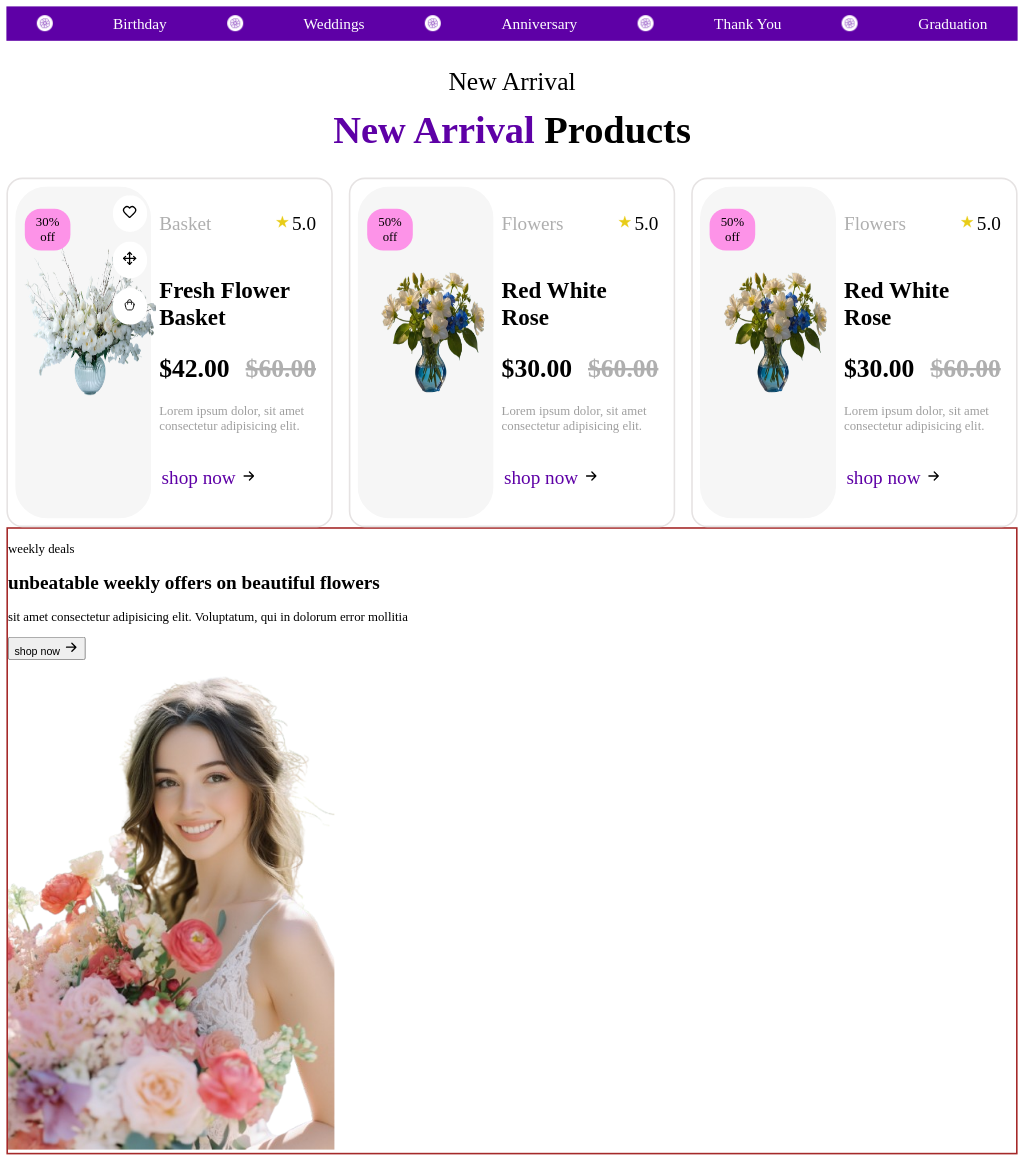
Repository: KolawoleTemilade/classroom-learning
Page: newarrival/index.html
The author's editor kept a copy of each file at every save. The page is drawn from the files as they stood at one save, then again after a run of saves.
The browser window is 1280 px wide. The pictures show the whole page, at 80% of full size.

Above is the page before, as saved 2025-10-02 11:05:53.

### newarrival/index.html
<!DOCTYPE html>
<html lang="en">
  <head>
    <meta charset="UTF-8" />
    <meta name="viewport" content="width=h, initial-scale=1.0" />
    <title>new arrival</title>
    <link rel="stylesheet" href="style.css" />
  </head>
  <body>
    <section class="new-arrival-sect">
      <div class="marq-sect">
        <div class="marque">
          <img
            src="../newarrival/images/icons/marqueflower.png"
            alt="flower-icon"
            width="20"
            height="20"
          />
          <span>birthday</span>
          <img
            src="../newarrival/images/icons/marqueflower.png"
            alt="flower-icon"
            width="20"
            height="20"
          />
          <span>weddings</span>
          <img
            src="../newarrival/images/icons/marqueflower.png"
            alt="flower-icon"
            width="20"
            height="20"
          />
          <span>anniversary</span>
          <img
            src="../newarrival/images/icons/marqueflower.png"
            alt="flower-icon"
            width="20"
            height="20"
          />
          <span>thank you</span>
          <img
            src="../newarrival/images/icons/marqueflower.png"
            alt="flower-icon"
            width="20"
            height="20"
          />
          <span>graduation</span>
        </div>
      </div>

      <div class="new-arrival">
        <div class="new-arrival-title">
          <p class="title1">
            new arrival
            <span class="title2"
              >new arrival <span class="product-title">products</span></span
            >
          </p>
        </div>
        <section class="card-sec">
          <div class="new-arrival-product-card">
            <div class="product-card">
              <div class="img-sect">
                <img
                  src="./images/new-arrival/flower4.png"
                  alt="flower1"
                  width="200"
                  height="2 ,8>00"
                />
                <div class="absolute-container">
                  <p class="slash">30% off</p>
                  <div class="icons-sec">
                    <div class="icons">
                      <img
                        src="./images/icons/heart.svg"
                        alt="heart"
                        width="20"
                        height="20"
                      />
                    </div>
                    <div class="icons">
                      <img
                        src="./images/icons/crossedarrow.svg"
                        alt="arrow"
                        width="20"
                        height="20"
                      />
                    </div>
                    <div class="icons">
                      <img
                        src="./images/icons/shoppingbag.svg"
                        alt="shoppingbag"
                        width="20"
                        height="20"
                      />
                    </div>
                  </div>
                </div>
              </div>
              <div class="text-sect">
                <div class="basket-sec">
                  <p>basket</p>
                  <div class="rating-sec">
                    <img
                      src="./images/icons/ratings.svg"
                      alt="ratings"
                      width="20"
                      height="20"
                    />
                    <span>5.0</span>
                  </div>
                </div>
                <div class="fresh-flower-sec">
                  <h3>fresh flower basket</h3>
                  <h2>$42.00 <span class="slashed"> $60.00</span></h2>
                  <p>
                    Lorem ipsum dolor, sit amet consectetur adipisicing elit.
                  </p>
                  <div class="shop-btn">
                    <p>
                      shop now
                      <span
                        ><img
                          src="./images/icons/rightarrow.svg"
                          alt="right arrow"
                          width="20"
                          height="20"
                      /></span>
                    </p>
                  </div>
                </div>
              </div>
            </div>
          </div>
          <div class="new-arrival-product-card">
            <div class="product-card">
              <div class="img-sect">
                <img
                  src="./images/new-arrival/flower6.png"
                  alt="flower6"
                  width="200"
                  height="2 ,8>00"
                />
                <div class="absolute-container">
                  <p class="slash">50% off</p>
                  <div class="icons-sec2">
                    <div class="icons">
                      <img
                        src="./images/icons/heart.svg"
                        alt="heart"
                        width="20"
                        height="20"
                      />
                    </div>
                    <div class="icons">
                      <img
                        src="./images/icons/crossedarrow.svg"
                        alt="arrow"
                        width="20"
                        height="20"
                      />
                    </div>
                    <div class="icons">
                      <img
                        src="./images/icons/shoppingbag.svg"
                        alt="shoppingbag"
                        width="20"
                        height="20"
                      />
                    </div>
                  </div>
                </div>
              </div>
              <div class="text-sect">
                <div class="basket-sec">
                  <p>flowers</p>
                  <div class="rating-sec">
                    <img
                      src="./images/icons/ratings.svg"
                      alt="ratings"
                      width="20"
                      height="20"
                    />
                    <span>5.0</span>
                  </div>
                </div>
                <div class="fresh-flower-sec">
                  <h3>red white rose</h3>
                  <h2>$30.00 <span class="slashed"> $60.00</span></h2>
                  <p>
                    Lorem ipsum dolor, sit amet consectetur adipisicing elit.
                  </p>
                  <div class="shop-btn">
                    <p>
                      shop now
                      <span
                        ><img
                          src="./images/icons/rightarrow.svg"
                          alt="right arrow"
                          width="20"
                          height="20"
                      /></span>
                    </p>
                  </div>
                </div>
              </div>
            </div>
          </div>
          <div class="new-arrival-product-card">
            <div class="product-card">
              <div class="img-sect">
                <img
                  src="./images/new-arrival/flower6.png"
                  alt="flower6"
                  width="200"
                  height="2 ,8>00"
                />
                <div class="absolute-container">
                  <p class="slash">50% off</p>
                  <div class="icons-sec2">
                    <div class="icons">
                      <img
                        src="./images/icons/heart.svg"
                        alt="heart"
                        width="20"
                        height="20"
                      />
                    </div>
                    <div class="icons">
                      <img
                        src="./images/icons/crossedarrow.svg"
                        alt="arrow"
                        width="20"
                        height="20"
                      />
                    </div>
                    <div class="icons">
                      <img
                        src="./images/icons/shoppingbag.svg"
                        alt="shoppingbag"
                        width="20"
                        height="20"
                      />
                    </div>
                  </div>
                </div>
              </div>
              <div class="text-sect">
                <div class="basket-sec">
                  <p>flowers</p>
                  <div class="rating-sec">
                    <img
                      src="./images/icons/ratings.svg"
                      alt="ratings"
                      width="20"
                      height="20"
                    />
                    <span>5.0</span>
                  </div>
                </div>
                <div class="fresh-flower-sec">
                  <h3>red white rose</h3>
                  <h2>$30.00 <span class="slashed"> $60.00</span></h2>
                  <p>
                    Lorem ipsum dolor, sit amet consectetur adipisicing elit.
                  </p>
                  <div class="shop-btn">
                    <p>
                      shop now
                      <span
                        ><img
                          src="./images/icons/rightarrow.svg"
                          alt="right arrow"
                          width="20"
                          height="20"
                      /></span>
                    </p>
                  </div>
                </div>
              </div>
            </div>
          </div>
        </section>
      </div>
      <section class="weekly-deals">
        <div class="weekly-text-sec">
          <p>weekly deals</p>
          <h2>unbeatable weekly offers on <span>beautiful flowers</span></h2>
          <p>
            sit amet consectetur adipisicing elit. Voluptatum, qui in dolorum
            error mollitia
          </p>
          <button>
            shop now
            <span
              ><img
                src="./images/icons/rightarrow.svg"
                alt="right arrow"
                width="20"
                height="20"
            /></span>
          </button>
        </div>
        <div class="weekly-img-sec">
          <img src="./images/new-arrival/flowergirl.png" alt="flower girl" />
        </div>
      </section>
    </section>
  </body>
</html>

### newarrival/style.css

.new-arrival-sect >  {
  display: flex;
  flex-direction: column;
  align-items: center;
  background-color: #F6F6F6;
  width: 100%;
}
.marq-sect {
  background-color: #5e00a6;
  height: 6vh;
  width: 100%;
  align-content: center;
}
.marque {
  display: flex;
  align-content: center;
  justify-content: space-around;
}
.marque > span {
  text-transform: capitalize;
  color: white;
  font-size: 1.2rem;
}
.new-arrival{
  display: flex;
  flex-direction: column;
  align-items: center;
}
.title1 {
  font-size: 2rem;
  display: flex;
  flex-direction: column;
  align-items: center;
  justify-content: center;
  gap: 15px;
  text-transform: capitalize;
}
.title2 {
  font-size: 3rem;
  color: #5e00a6;
  font-weight: 700;
}
.product-title {
  color: black;
  font-size: 3rem;
  font-weight: 700;
}
.card-sec {
  display: flex;
  gap:20px;
  width: 100%;
}
.new-arrival-product-card {
  border: 2px solid rgb(230, 227, 227);
  padding: 9px;
  border-radius: 20px;
  background-color: #ffffff;
  width: 100%;
}
.product-card {
  display: flex;
  background-color: #ffffff;
  width: 100%;
}
.img-sect {
  position: relative;
  border: 3px solid transparent;
  border-radius: 40px;
  background-color: #f6f6f6;
  width: 100%;
  padding: 9px;
}
.img-sect > img {
  position: absolute;
  top: 15%;
  width: 100%;
  height: 30vh;
}
.absolute-container > p {
  padding: 8px;
  width: 25%;
  border-radius: 20px;
  text-align: center;
}
.slash {
  position: absolute;
  background: #fd93e8;
}

.icons-sec {
  position: absolute;
  top: 2%;
  right: 2%;
  display: flex;
  flex-direction: column;
  gap: 12px;
}
.icons {
  padding: 10px;
  width: 50%;
  border: 1px solid transparent;
  border-radius: 50%;
  background-color: white;
}
.text-sect {
  width: 100%;
  padding: 10px;
}
.basket-sec {
  display: flex;
  justify-content: space-between;
  align-items: center;
}
.basket-sec > p {
  text-transform: capitalize;
  color: #afafaf;
  font-size: 1.5rem;
}
.rating-sec {
  display: flex;
  gap: 2px;
  font-size: 1.5rem;
}
.fresh-flower-sec > h3 {
  font-size: 1.8rem;
  text-transform: capitalize;
  font-weight: 600;
}
.fresh-flower-sec > h2 {
  font-size: 2rem;
  display: flex;
  gap: 20px;
}
.slashed {
  color: #afafaf;
  text-decoration: line-through;
}
.fresh-flower-sec > p {
  font-size: 1.rem;
  color: #9f9f9f;
}
.shop-btn {
  color: #5e00a6;
  display: flex;
  align-items: center;
  padding: 3px;
  font-size: 1.5rem;
}
.icons-sec2 {
    display: none;
}

.weekly-deals {
  border: 2px solid brown;
  border-radius: ;
}

After the next 7 saves:
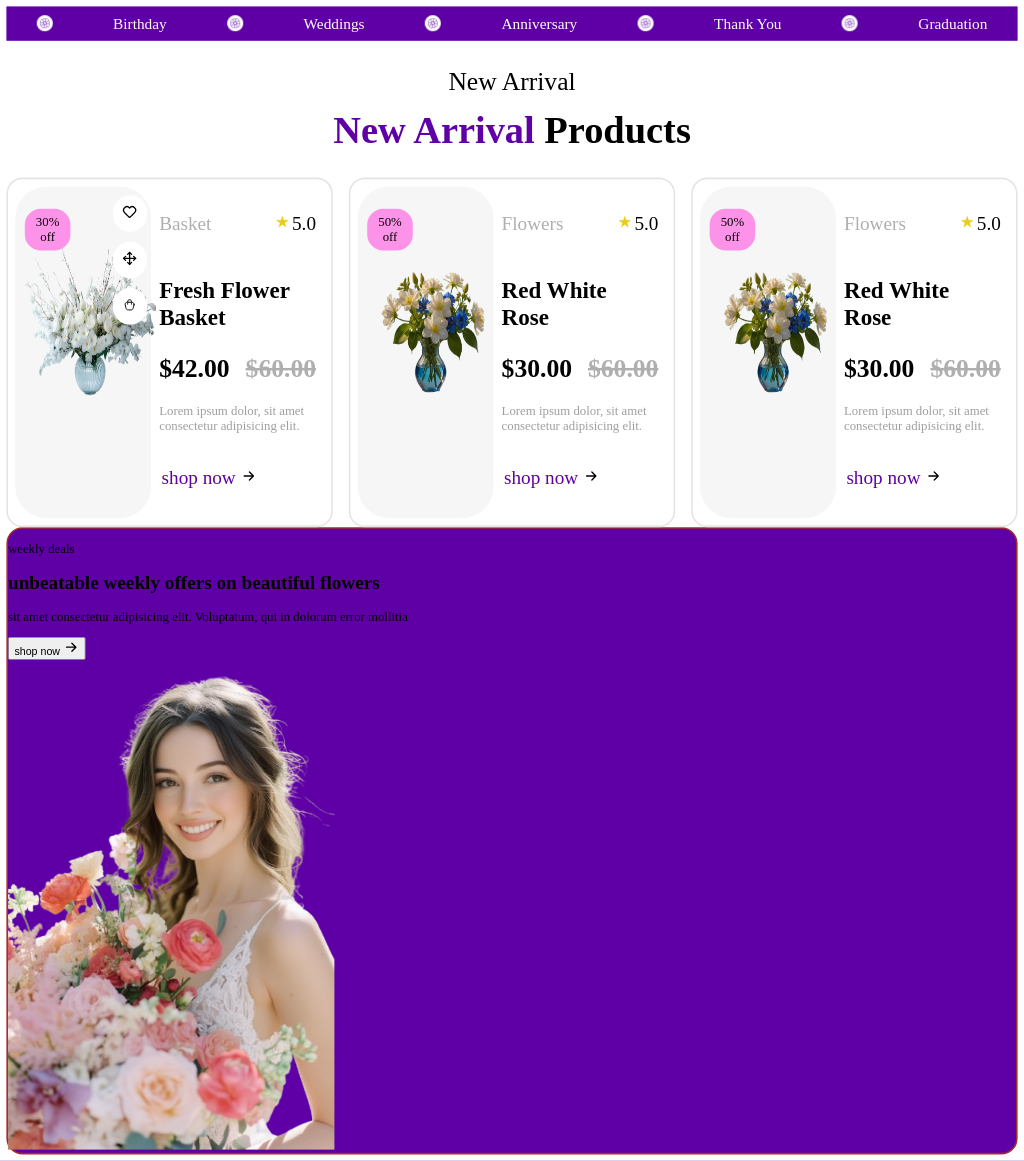
The 7 saves are shown as one change because they came seconds apart.
The last was saved 116 s later.
--- a/newarrival/style.css
+++ b/newarrival/style.css
@@ -153,5 +153,7 @@
 
 .weekly-deals {
   border: 2px solid brown;
-  border-radius: ;
+  border-radius: 20px;
+  background-color: #5e00a6;
+
 }
